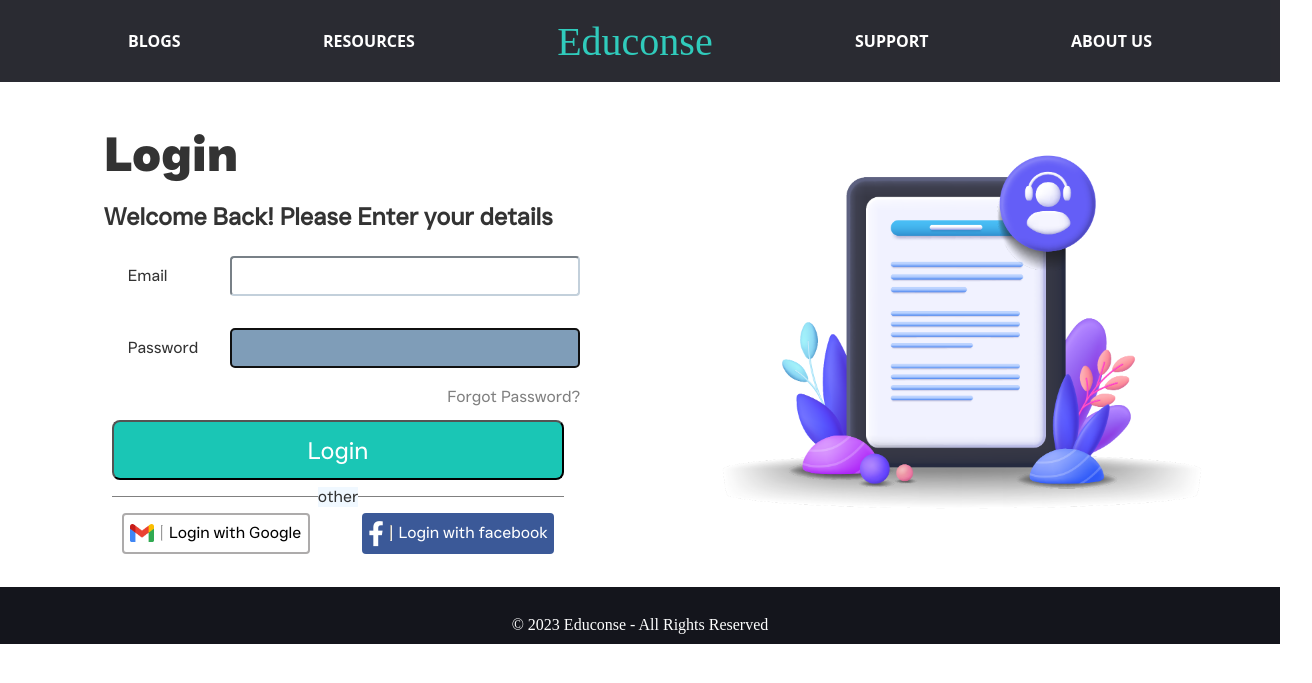
Repository: devajay07/educonse
Page: pages/login.html
The author's editor kept a copy of each file at every save. The page is drawn from the files as they stood at one save, then again after the next save.
The browser window is 1280 px wide. The page is 1312 px wide, so the pictures cover 1312 px, including what lies to the right of the window. The pictures show the whole page.
The first visible `input[type=password]` has the focus.

Above is the page before, as saved 2023-10-15 03:35:22.

After the next save:
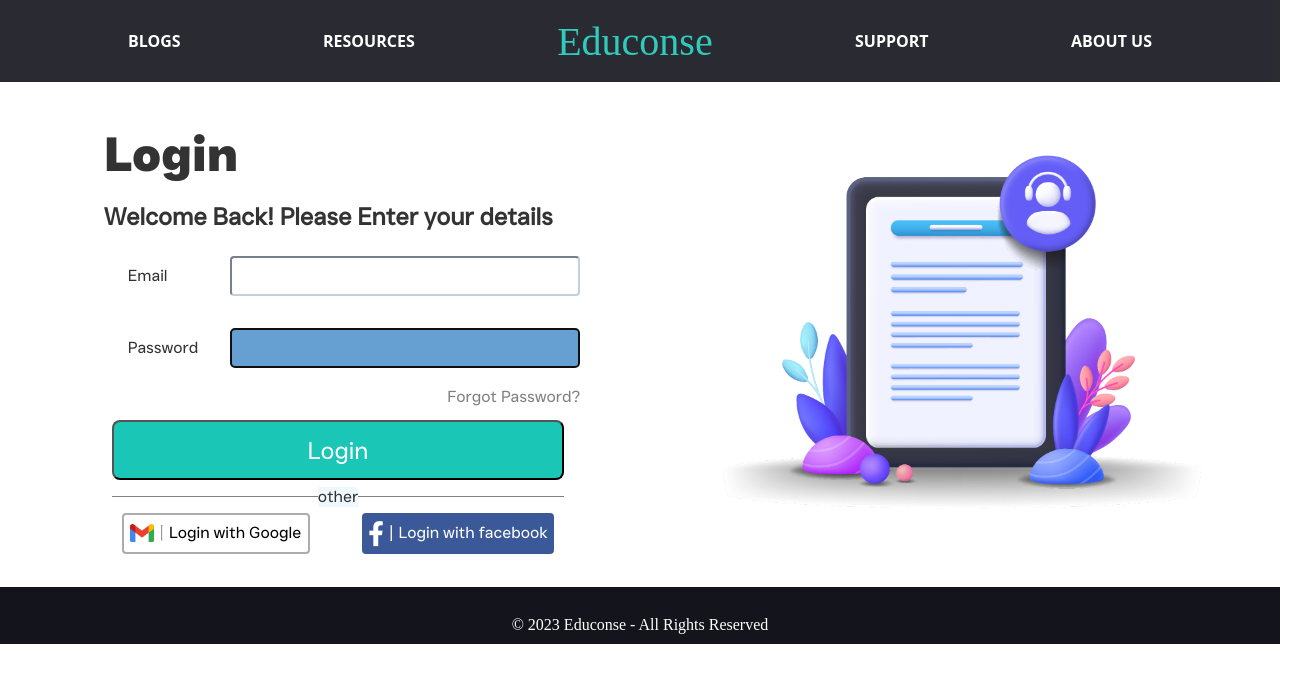
Saved 17 s later.
--- a/css/login.css
+++ b/css/login.css
@@ -49,7 +49,7 @@ input[type=email] {
 
 input[type=password]:focus,
 input[type=email]:focus {
-  background-color: rgb(127, 157, 184);
+  background-color: rgb(102, 159, 209);
   color:white;
 }
 
